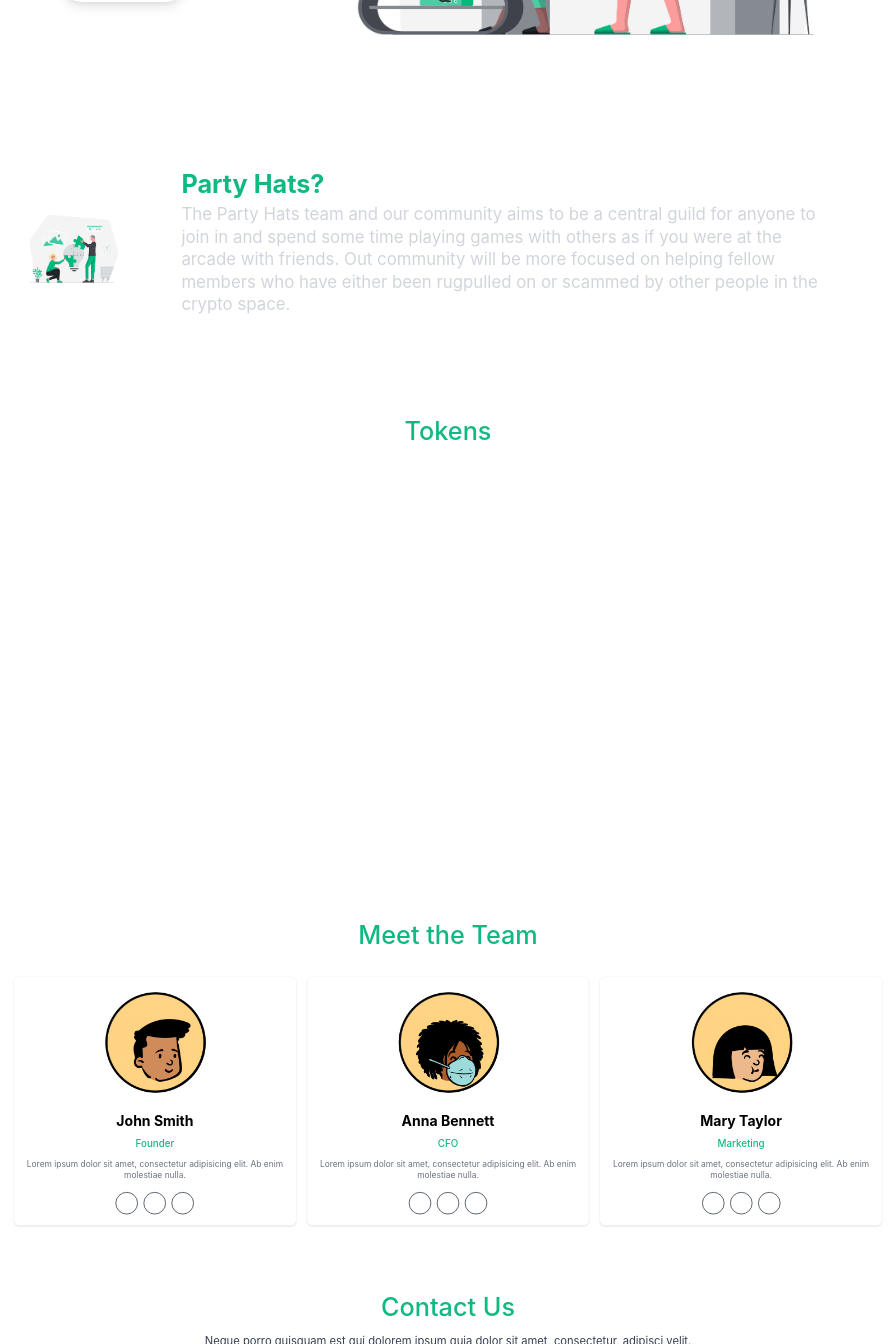
Repository: rhinorphan/phat-landing-page
Page: /
An editor plug-in stored every save of this project. The page is shown before and after the next save, followed by the edit.
The browser window is 1280 px wide. The pictures show the part of the page from y = 597 to 2517 px (the page is 3095 px tall before and 3592 px after), at 70% of full size.
The project was rebuilt for these pictures with package versions that can differ from the ones it lists, and the page was loaded fresh each time. Also part of the build but not shown: craco.config.js.

Above is the page before, as saved 2021-11-17 17:19:53.

After the next save:
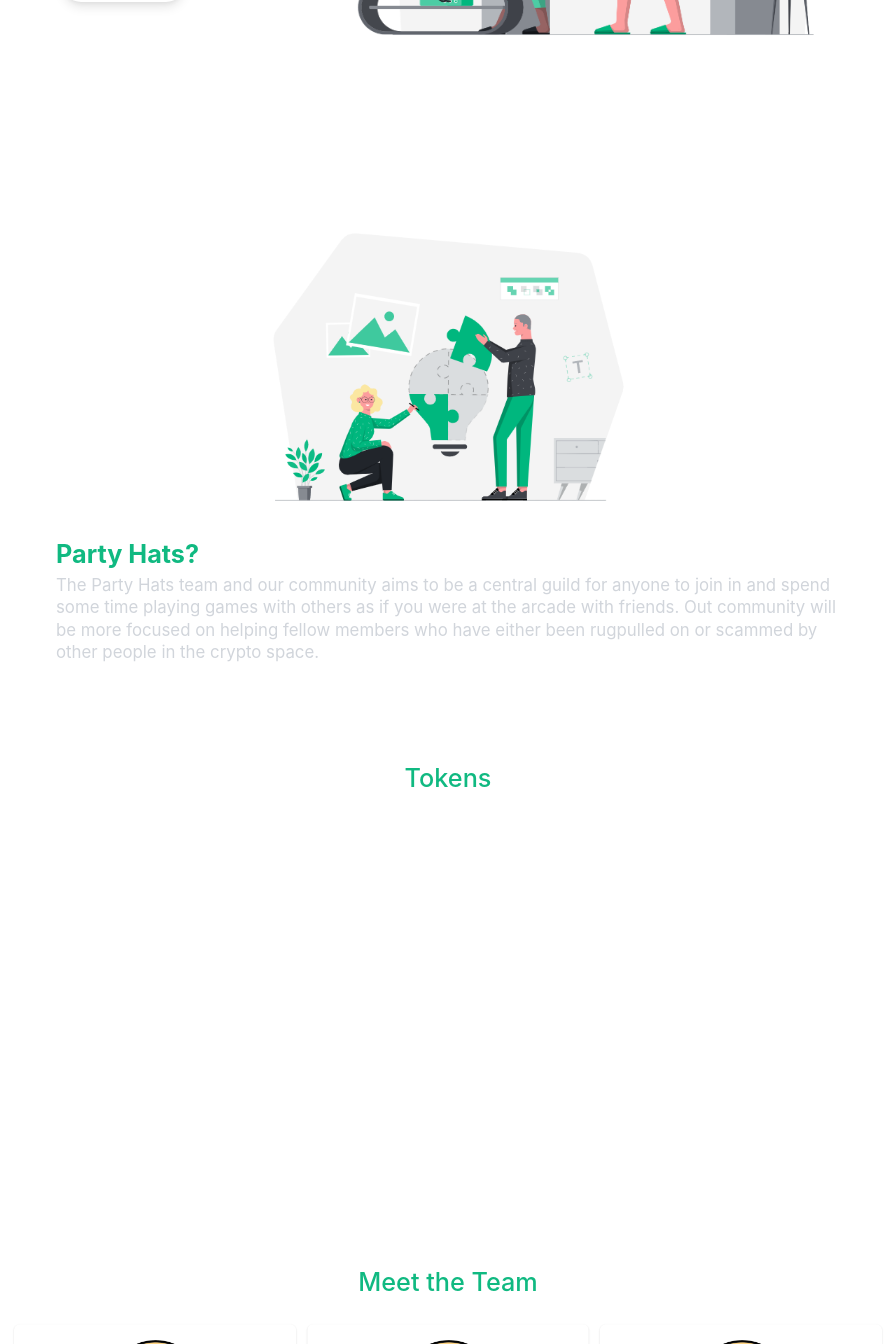
Saved 17 s later.
--- a/src/components/Community.js
+++ b/src/components/Community.js
@@ -2,7 +2,7 @@ import React from 'react'
 
 function Community() {
   return (
-    <section className="flex md:flex place-items-center h-100 py-10 px-4" name="community">
+    <section className="grid md:grid place-items-center h-100 py-10 px-4" name="community">
       <div className="w-min-50">
         <img src={`${process.env.PUBLIC_URL}/assets/images/collab.png`} alt=""/>
       </div>
